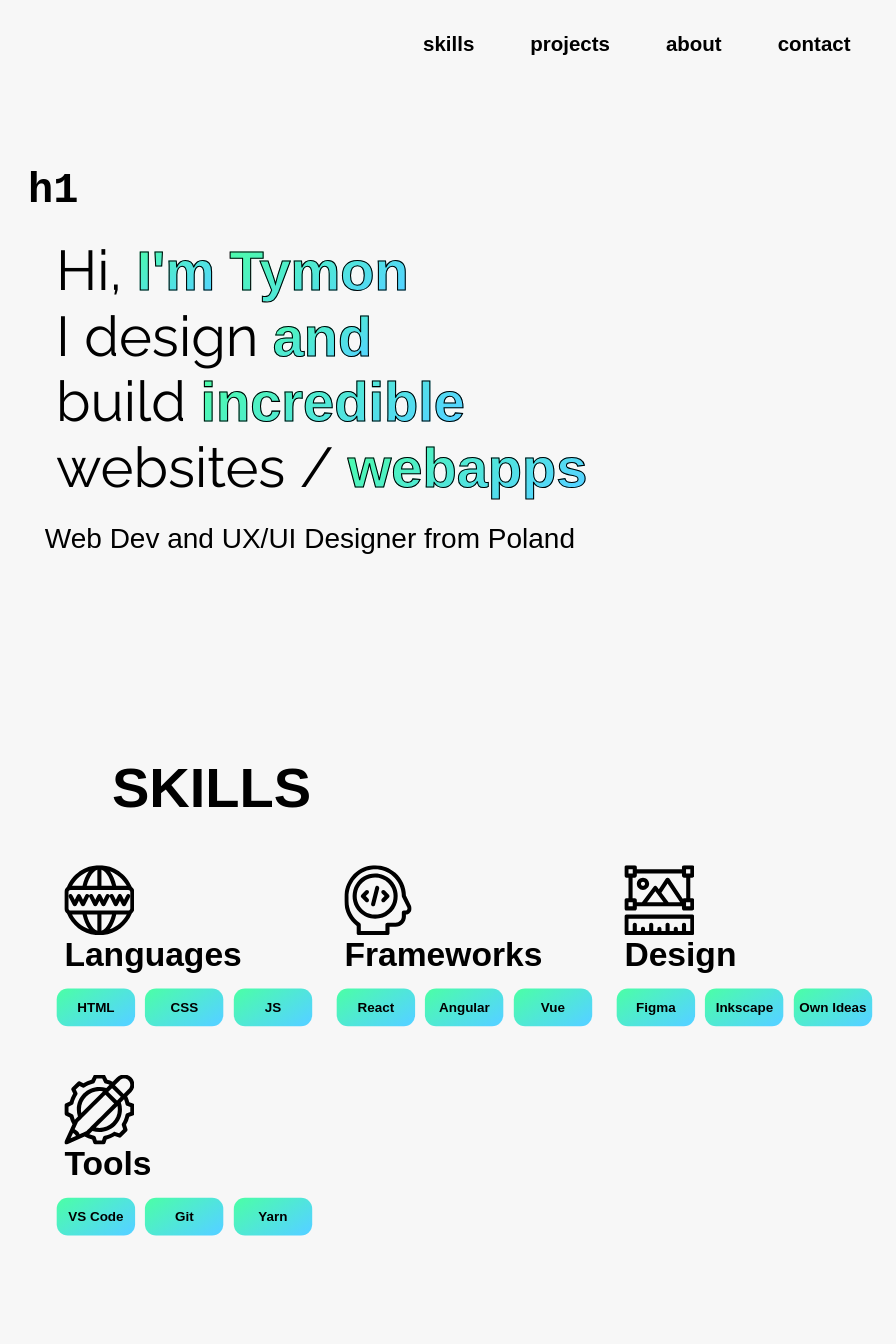
Repository: TeeJaysDev/Portfolio
Page: index.html
An editor plug-in stored every save of this project. The page is shown before and after a run of saves, followed by the edit.
The browser window is 1280 px wide. The pictures show the part of the page from y = 0 to 1920 px (the page is 3245 px tall before and 3339 px after), at 70% of full size.
Some web libraries are served in a nearby version.

Above is the page before, as saved 2021-05-04 14:03:55.

### index.html
<!DOCTYPE html>
<html lang="en">
<head>
    <meta charset="UTF-8">
    <meta http-equiv="X-UA-Compatible" content="IE=edge">
    <meta name="viewport" content="width=device-width, initial-scale=1.0">
    <meta name="description" content="Author: Tymon 'TeeJay' Jędryczka, Purpose: It's just a portfolio, Technologies: HTML, CSS">
    <link rel="stylesheet" href="style.css">
    <script src="https://kit.fontawesome.com/97735ba04a.js" crossorigin="anonymous"></script>
    <title>Tymon Jędryczka | Portfolio</title>
</head>
<body>
    <nav>
        <a href="#skills"><h3>skills</h3></a>
        <a href="#projects"><h3>projects</h3></a>
        <a href="#about"><h3>about</h3></a>
        <a href="#contact"><h3>contact</h3></a>
    </nav>
    <header>
        <h2 class="welcome_part_h1">h1</h2>
        <h1 class="welcome_part">
            Hi, <strong>I'm</strong>
            <strong>Tymon</strong><br>
            I design <strong>and</strong><br>
            build <strong>incredible</strong><br>
            websites / <strong>webapps</strong>
        </h1>
        <p class="welcome_part_p">
            Web Dev and UX/UI Designer from Poland
        </p>
    </header>
    <main>
        <h1>
            SKILLS
        </h1>
        <section id="skills">
            <div class="languages">
                <div class="box">
                    <div class="image_h2">
                        <img src="Images/svg/languages.svg" alt="Languages I use all the time">
                        <h2>Languages</h2>
                    </div>
                    <div class="text">
                        <ul>
                            <li>HTML</li>
                            <li>CSS</li>
                            <li>JS</li>
                        </ul>
                    </div>
                </div>
            </div>
            <div class="frameworks">
                <div class="box">
                    <div class="image_h2">
                        <img src="Images/svg/frameworks.svg" alt="Frameworks I often use">
                        <h2>Frameworks</h2>
                    </div>
                    <div class="text">
                        <ul>
                            <li>React</li>
                            <li>Angular</li>
                            <li>Vue</li>
                        </ul>
                    </div>
                </div>
            </div>
            <div class="design">
                <div class="box">
                    <div class="image_h2">
                        <img src="Images/svg/design.svg" alt="Tool I use to create beautiful designs">
                        <h2>Design</h2>
                    </div>
                    <div class="text">
                        <ul>
                            <li>Figma</li>
                            <li>Inkscape</li>
                            <li>Own Ideas</li>
                        </ul>
                    </div>
                </div>
            </div>
            <div class="tools">
                <div class="box">
                    <div class="image_h2">
                        <img src="Images/svg/tools.svg" alt="Other tools I use to improve code performance and designs">
                        <h2>Tools</h2>
                    </div>
                    <div class="text">
                        <ul>
                            <li>VS Code</li>
                            <li>Git</li>
                            <li>Yarn</li>
                        </ul>
                    </div>
                </div>
            </div>
        </section>
        <section id="projects">
            <h1>
                PROJECTS
            </h1>
        </section>
        <section id="about">
            <h1>
                ABOUT
            </h1>
            <h2>
                Who am I?
            </h2>
            <p>
                My name is Tymon 'TeeJay' Jędryczka. I come from Leszno in Poland and programming is either my work and hobby.
                <br><br>
                My first contact with Web- and Front-End Development was in the last class of Primary School. In IT classes we had to make a simple website (text, photos, table - nothing special). And I loved it. I started thinking of becoming a full-time web dev.
                <!-- <br><br> I am also a self-taught dev and with CodeCademy and YouTube I get knowledge of HTML5, CSS3, JS, and its frameworks (React, Angular, Vue). I call myself a 2-in-1 developer 'cause I design things (usually in Figma) and then make them real by writing some code. -->
                <br><br>
                So if you are looking for somebody to hire who is punctual, reliable, has a great deal of knowledge and even though, still want to learn new, useful technologies, my answer is "HERE I AM".
            </p>
        </section>
        <section id="contact">
            <h1>
                CONTACT
            </h1>
        </section>
    </main>
    <footer>
        <h2>2021 &copy; Tymon 'TeeJay' Jędryczka</h2>
        <ul>
            <li><a href="https://facebook.com/tymonjedr/" aria-label="Facebook" target="_blank" rel="noopener"><i class="fab fa-facebook"></i></a></li>
            <li><a href="https://linkedin.com/in/tymon-jedryczka/" aria-label="LinkedIn" target="_blank" rel="noopener"><i class="fab fa-linkedin"></i></a></li>
            <li><a href="https://github.com/TeeJaysDev" aria-label="GitHub" target="_blank" rel="noopener"><i class="fab fa-github"></i></a></li>
            <li><a href="https://stackoverflow.com/users/15029595/teejaysdev" aria-label="StackOverflow" target="_blank" rel="noopener"><i class="fab fa-stack-overflow"></i></a></li>
            <li><a href="https://codecademy.com/profiles/TeeJaysDev" target=”_blank” rel="noopener"><img src="Images/svg/codecademy.svg" alt=""></a></li>
        </ul>
    </footer>
</body>
</html>

### style.css
@import url('https://fonts.googleapis.com/css2?family=Raleway&display=swap');

* {
    margin: 0;
    padding: 0;
    font-family: sans-serif;
    text-decoration: none;
}

body {
    background-color: #F7F7F7;
}

nav {
    display: flex;
    justify-content: flex-end;
}

nav a {
    color: #000000;
    padding: 0.938rem;
    margin-top: 2rem;
    margin-right: 3.125rem;
    font-size: 1.563rem;
}

header h1 strong {
    background-image: linear-gradient(147deg, #4bffa5, #54d4ff 90%);
    background-size: 100%;
    background-repeat: repeat;
    background-clip: text;
    -webkit-background-clip: text;
    -webkit-text-fill-color: transparent;
    -moz-background-clip: text;
    -moz-text-fill-color: transparent;
    -webkit-text-stroke: 1.5px black;
}

.welcome_part_h1 {
    font-family: monospace;
    font-size: 3.75rem;
    margin-top: 9rem;
    margin-left: 2.5rem;
    margin-bottom: 0rem;
}

.welcome_part {
    margin-top: 2rem;
    margin-left: 5rem;
    margin-bottom: 2rem;
    font-family: Raleway;
    font-weight: lighter;
    font-size: 5rem;
    min-width: 18ch;
}

.welcome_part_p {
    margin-bottom: 18rem;
    margin-left: 4rem;
    font-size: 2.5rem;
}

.box .image_h2 {
    justify-items: center;
}

.image_h2 img {
    width: 100px;
    height: 100px;
}

#skills {
    display: grid;
    justify-content: center;
    grid-template-columns: repeat(auto-fit, 400px);
    margin-left: 4.5rem;
}

main h1 {
    font-size: 5rem;
    margin-left: 10rem;
    margin-top: 10rem;
}

.image_h2 {
    display: flex;
    flex-wrap: wrap;
    margin: 4rem 20rem 1rem 1rem;
    font-size: 2rem;
}

.text {
    display: flex;
    flex-wrap: wrap;
}

.text ul li {
    list-style: none;
    margin: 1rem;
    color: #000000;
    font-weight: bold;
    font-size: 1.2rem;
    text-align: center;
    align-items: center;
    border-radius: 1rem;
    margin: 0.3125rem 0.3125rem;
    display: inline-block;
    width: 7rem;
    background-image: linear-gradient(147deg, #4bffa5, #54d4ff 90%);
    padding-top: 1rem;
    padding-bottom: 1rem;
}

#projects h1 {
    margin-top: 10rem;
}

#about {
    background-color: #232429;
    height: 600px;
    width: 100%;
    color: #F7F7F7;
}

#about h2 {
    margin-left: 5rem;
    margin-top: 7rem;
}

#about p {
    font-size: 1.25rem;
    max-width: 60ch;
    margin-left: 8rem;
    margin-bottom: 5rem;
    margin-top: 2rem;
}

footer, footer h2 {
    color: #C5C4C6;
    background-color: #232429;
    font-family: Arial, Helvetica, sans-serif;
    font-size: 0.938rem;
    font-weight: lighter;
    text-align: center;
    z-index: -1;
    padding-top: 1.875rem;
    padding-bottom: 3.125rem;
}

footer ul li{
    margin-right: 1.5rem;
    display: inline;
}

footer .fab {
    color: #50E8D5;
    font-size: 2rem;
}

footer img{
    width: 2.2rem;
}

body .error {
    text-align: center;
}

.error p {
    font-family: Quicksand;
    font-weight: 700;
    color: #000000;
    font-size: 20rem;
    margin-top: 5rem;
}

.error button a {
    text-decoration: none;
    text-align: center;
    color: #000000;
    font-size: 2rem;
    padding: 3rem;
}

.error .mainError {
    display: flex;
    text-align: center;
    margin-left: 40rem;
    margin-right: auto;
}

.error img {
    width: 250px;
}

.error button {
    margin-top: 10rem;
}
/* Smartphone (portrait) --- */

@media only screen
and (max-width: 767px) {

    nav {
        display: flex;
        justify-content: flex-end;
        margin-right: 1rem;
        margin-top: 0rem;
    }

    nav a {
        padding: 0.938rem;
        margin-top: 2rem;
        margin-right: -1rem;
        font-size: 1rem;
    }

    .welcome_part_h1 {
        font-family: monospace;
        font-size: 1.875rem;
        margin-top: 9rem;
        margin-left: 1rem;
    }

    .welcome_part {
        margin-top: 1rem;
        margin-left: 2rem;
        margin-bottom: 2rem;
        font-size: 2.5rem;
        min-width: 18ch;
    }

    .welcome_part_p {
        margin-bottom: 10rem;
        margin-left: 2rem;
        font-size: 1.25rem;
    }

    main h1 {
        margin-left: 3rem;
        font-size: 4rem;
    }

    #about p {
        font-size: 1.25rem;
        max-width: 35ch;
        margin-left: 2rem;
        margin-bottom: 5rem;
    }

    #about h2 {
        margin-left: 2rem;
        margin-top: 5rem;
    }

    footer, footer h4 {
        padding-top: 1.875rem;
        padding-bottom: 3.125rem;
        width: 100%;
    }

    footer li{
        display: inline;
    }
}



@media only screen
and (min-width: 768px)
and (max-width: 1024px)
and (orientation: portrait) {

    * {
        margin: 0;
        padding: 0;
        font-family: sans-serif;
        text-decoration: none;
    }

    body {
        background-color: #F7F7F7;
    }

    nav {
        display: flex;
        justify-content: flex-end;
        margin-right: 0rem;
        margin-top: 0rem;
    }

    nav a {
        color: #000000;
        padding: 0.938rem;
        margin-top: 2rem;
        margin-right: 3.125rem;
        font-size: 1.563rem;
    }

    .welcome_part_h1 {
        font-family: monospace;
        font-size: 3.75rem;
        margin-top: 13rem;
        margin-left: 2.5rem;
        margin-bottom: 0rem;
    }

    .welcome_part {
        margin-top: 2rem;
        margin-left: 5rem;
        margin-bottom: 2rem;
        font-family: Raleway;
        font-weight: lighter;
        font-size: 3.9rem;
        min-width: 18ch;
    }

    .welcome_part_p {
        margin-bottom: 20rem;
        margin-left: 4rem;
    }

    #about p {
        font-size: 1.25rem;
        max-width: 45ch;
        margin-left: 8rem;
        margin-bottom: 5rem;
    }

    #about h2 {
        margin-left: 5rem;
        margin-top: 5rem;
    }

    #projects h1 {
        width: 15%;
        margin-top: 3rem;
    }

    #about h1 {
        width: 15%;
    }

    #contact h1 {
        width: 17%;
    }

    footer, footer h4 {
        color: #C5C4C6;
        background-color: #232429;
        font-family: Arial, Helvetica, sans-serif;
        font-size: 0.938rem;
        font-weight: lighter;
        text-align: center;
        z-index: -1;
        width: 100%;
        padding-top: 1.875rem;
        padding-bottom: 3.125rem;
    }

    body .error {
        text-align: center;
    }

    .error p {
        font-family: Quicksand;
        font-weight: 700;
        color: #000000;
        font-size: 20rem;
        margin-top: 5rem;
    }

    .error button a {
        text-decoration: none;
        text-align: center;
        color: #000000;
        font-size: 2rem;
        padding: 3rem;
    }

    .error .mainError {
        display: flex;
        text-align: center;
        margin-left: 40rem;
        margin-right: auto;
    }

    .error img {
        width: 250px;
    }

    .error button {
        margin-top: 10rem;
    }
}

@media only screen
and (min-width: 953)
and (max-width: 1230) {
     p {
        margin-left: 1rem;
    }
}

@media only screen
and (min-width: 550px)
and (max-width: 700px) {
    .welcome_part_h1 {
        font-family: monospace;
        font-size: 3.75rem;
        margin-top: 13rem;
        margin-left: 2.5rem;
        margin-bottom: 0rem;
    }

    .welcome_part {
        margin-top: 2rem;
        margin-left: 5rem;
        margin-bottom: 2rem;
        font-size: 2.6rem;
    }

    .welcome_part_p {
        margin-bottom: 20rem;
        margin-left: 4rem;
    }
}

@media only screen
and (min-width: 1920px) {
    .welcome_part_h1 {
        font-family: monospace;
        font-size: 3.75rem;
        margin-top: 13rem;
        margin-left: 2.5rem;
        margin-bottom: 0rem;
    }

    .welcome_part {
        margin-top: 2rem;
        margin-left: 5rem;
        margin-bottom: 2rem;
        font-size: 5rem;
    }

    .welcome_part_p {
        margin-bottom: 20rem;
        margin-left: 4rem;
        font-size: 2.5rem;
    }
}

@media only screen
and (max-width: 950) {

}

After the next 2 saves:
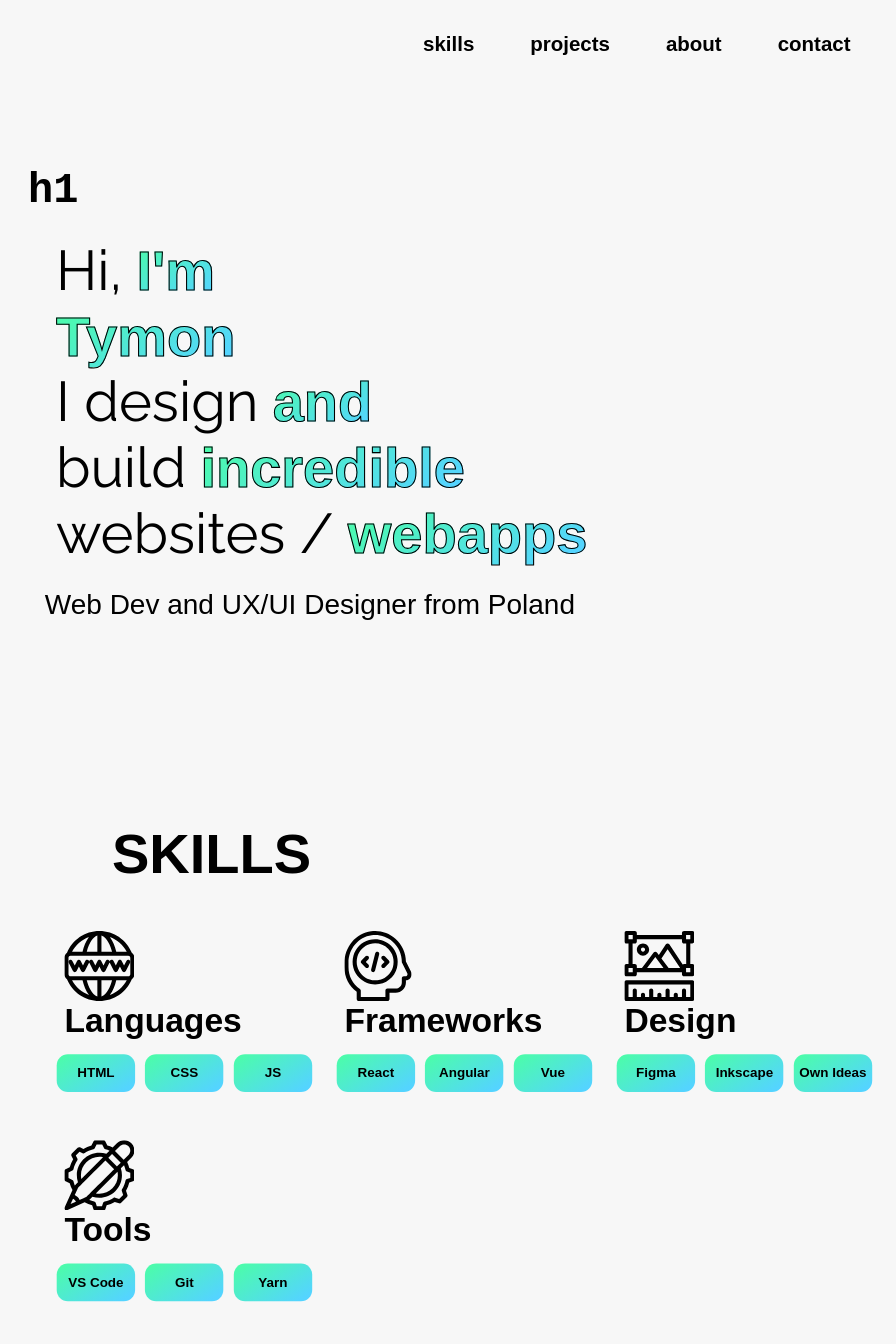
The 2 saves are shown as one change because they came seconds apart.
The last was saved 7 s later.
--- a/index.html
+++ b/index.html
@@ -19,7 +19,7 @@
     <header>
         <h2 class="welcome_part_h1">h1</h2>
         <h1 class="welcome_part">
-            Hi, <strong>I'm</strong>
+            Hi, <strong>I'm</strong><br>
             <strong>Tymon</strong><br>
             I design <strong>and</strong><br>
             build <strong>incredible</strong><br>
